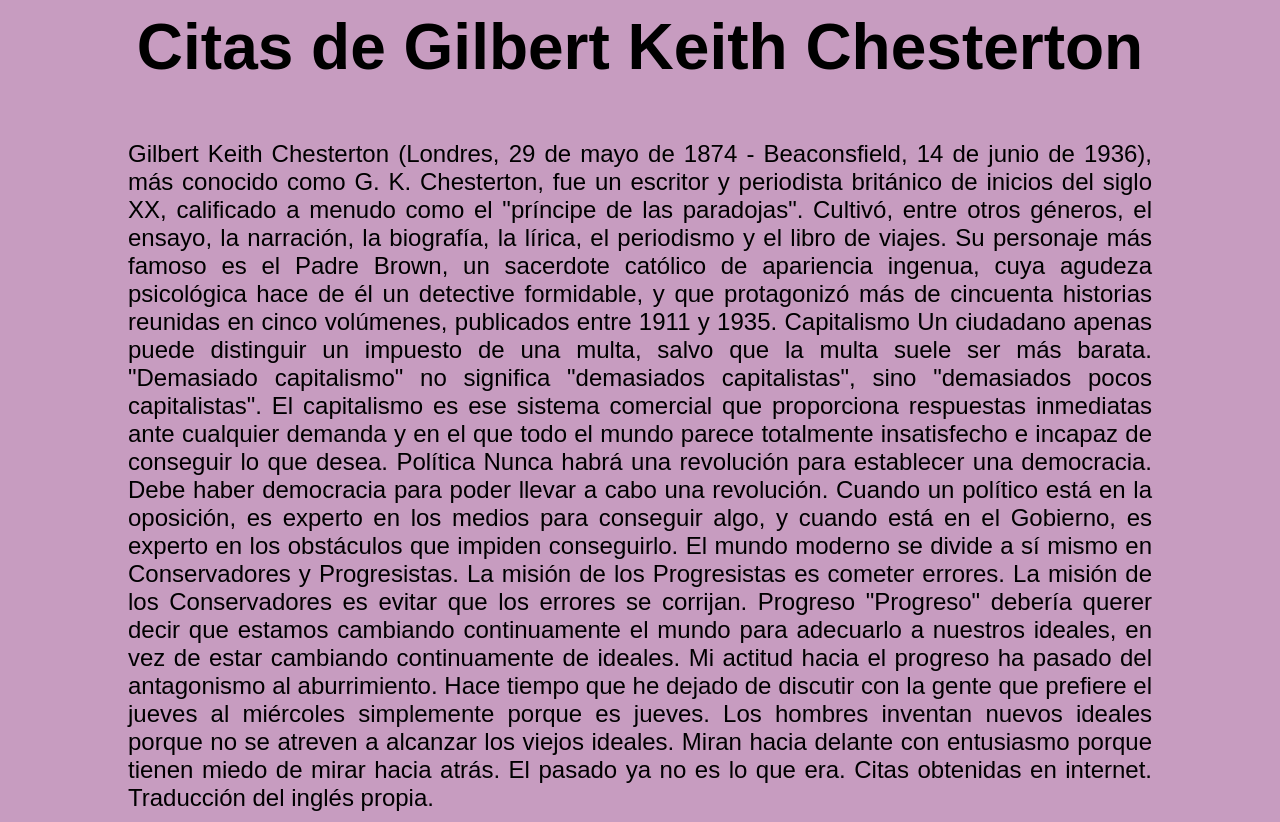
Repository: EmilyMachuca-Developer/Advanced-Programming-Projects
Page: index.html
The author's editor kept a copy of each file at every save. The page is drawn from the files as they stood at one save, then again after the next save.
The browser window is 1280 px wide. The pictures show the whole page.

Above is the page before, as saved 2024-02-26 20:15:29.

After the next save:
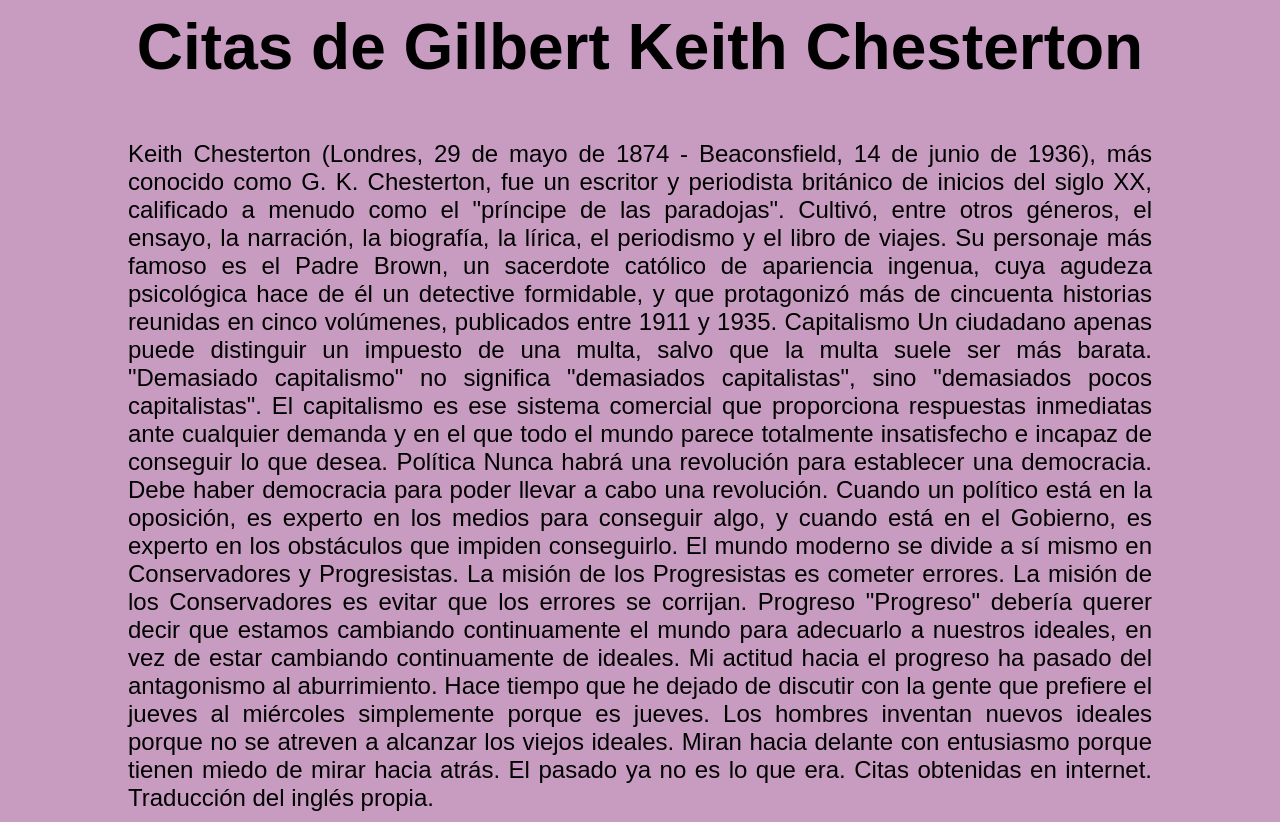
Saved 22 s later.
--- a/index.html
+++ b/index.html
@@ -8,7 +8,7 @@
 <body>
 <h1>Citas de Gilbert Keith Chesterton</h1> <br><br>
 
-Gilbert Keith Chesterton (Londres, 29 de mayo de 1874 - Beaconsfield, 14 de junio de 1936), más conocido como G. K. Chesterton, fue un escritor y periodista británico de inicios del siglo XX, calificado a menudo como el "príncipe de las paradojas". Cultivó, entre otros géneros, el ensayo, la narración, la biografía, la lírica, el periodismo y el libro de viajes.
+<strong></strong> Keith Chesterton (Londres, 29 de mayo de 1874 - Beaconsfield, 14 de junio de 1936), más conocido como G. K. Chesterton, fue un escritor y periodista británico de inicios del siglo XX, calificado a menudo como el "príncipe de las paradojas". Cultivó, entre otros géneros, el ensayo, la narración, la biografía, la lírica, el periodismo y el libro de viajes.
 
 Su personaje más famoso es el Padre Brown, un sacerdote católico de apariencia ingenua, cuya agudeza psicológica hace de él un detective formidable, y que protagonizó más de cincuenta historias reunidas en cinco volúmenes, publicados entre 1911 y 1935.
 

After the 2 saves that followed:
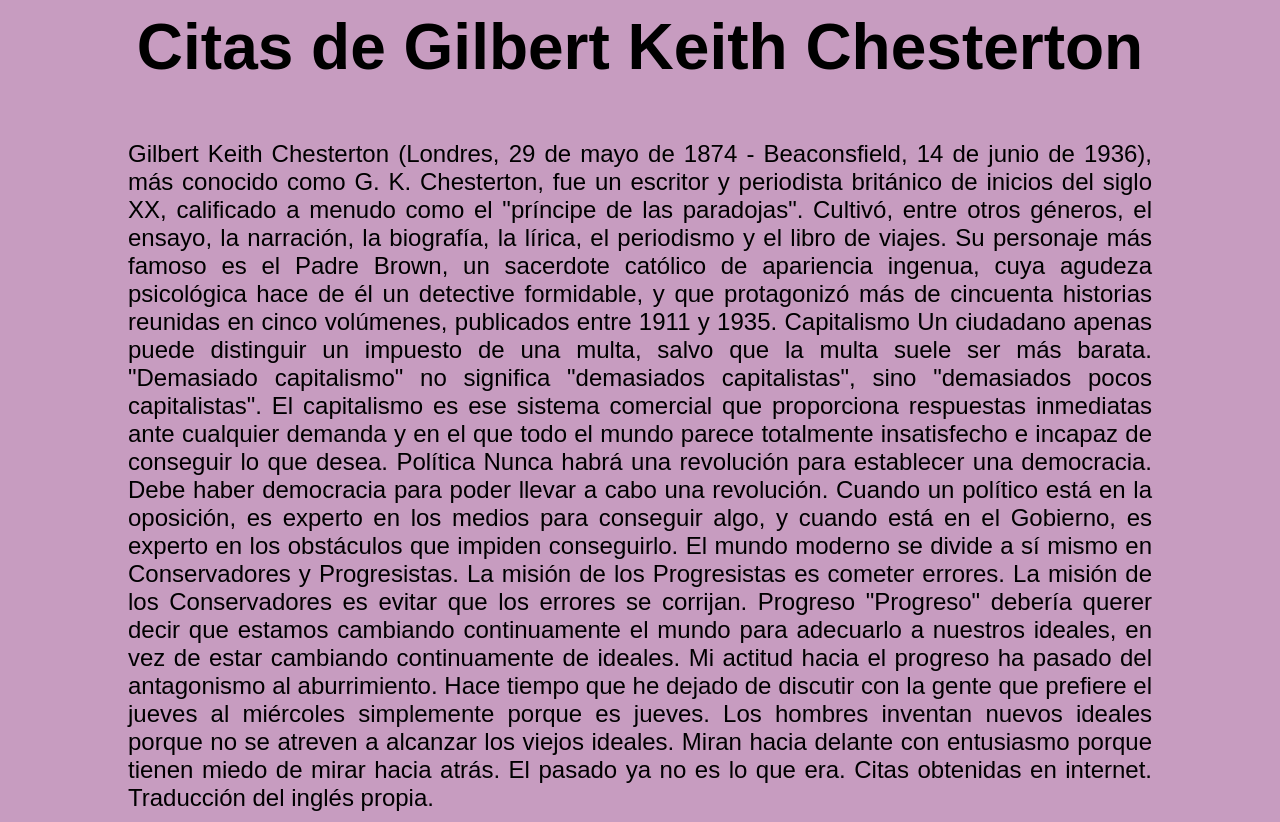
The 2 saves are shown as one change because they came seconds apart.
The last was saved 6 s later.
--- a/index.html
+++ b/index.html
@@ -8,7 +8,7 @@
 <body>
 <h1>Citas de Gilbert Keith Chesterton</h1> <br><br>
 
-<strong></strong> Keith Chesterton (Londres, 29 de mayo de 1874 - Beaconsfield, 14 de junio de 1936), más conocido como G. K. Chesterton, fue un escritor y periodista británico de inicios del siglo XX, calificado a menudo como el "príncipe de las paradojas". Cultivó, entre otros géneros, el ensayo, la narración, la biografía, la lírica, el periodismo y el libro de viajes.
+Gilbert Keith Chesterton (Londres, 29 de mayo de 1874 - Beaconsfield, 14 de junio de 1936), más conocido como G. K. Chesterton, fue un escritor y periodista británico de inicios del siglo XX, calificado a menudo como el "príncipe de las paradojas". Cultivó, entre otros géneros, el ensayo, la narración, la biografía, la lírica, el periodismo y el libro de viajes.
 
 Su personaje más famoso es el Padre Brown, un sacerdote católico de apariencia ingenua, cuya agudeza psicológica hace de él un detective formidable, y que protagonizó más de cincuenta historias reunidas en cinco volúmenes, publicados entre 1911 y 1935.
 
